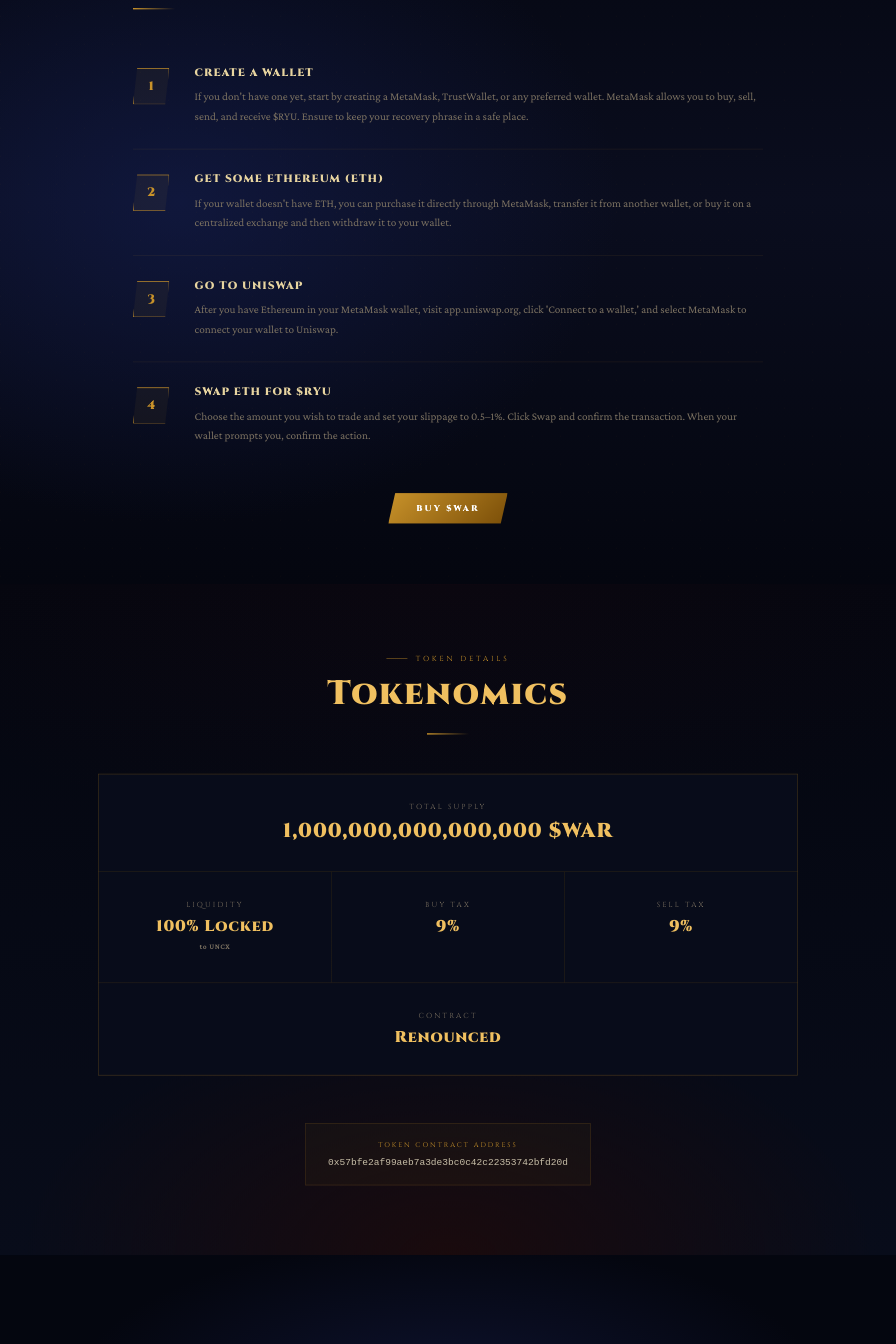
Repository: joshuaonazi/waterrabbit
Page: index.html
An editor plug-in stored every save of this project. The page is shown before and after the next save, followed by the edit.
The browser window is 1280 px wide. The pictures show the part of the page from y = 1808 to 3728 px (the page is 4092 px tall), at 70% of full size.

Above is the page before, as saved 2026-04-23 18:51:35.

After the next save:
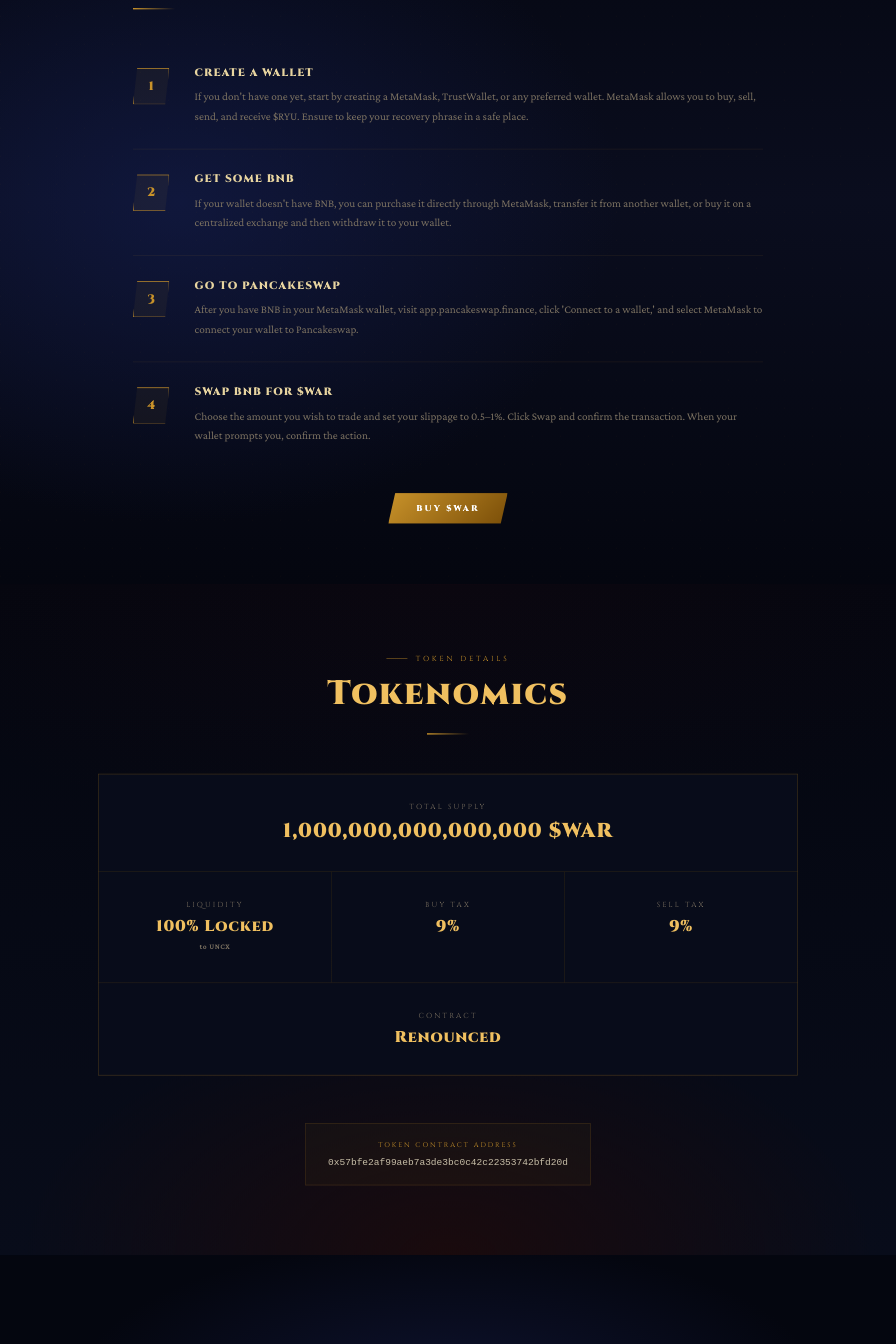
Saved 16 h 26 min later.
--- a/index.html
+++ b/index.html
@@ -131,21 +131,21 @@
                 <div class="step fade-up">
                     <div class="step-num">2</div>
                     <div class="step-body">
-                        <h3>Get Some Ethereum (ETH)</h3>
-                        <p>If your wallet doesn't have ETH, you can purchase it directly through MetaMask, transfer it from another wallet, or buy it on a centralized exchange and then withdraw it to your wallet.</p>
+                        <h3>Get Some BNB</h3>
+                        <p>If your wallet doesn't have BNB, you can purchase it directly through MetaMask, transfer it from another wallet, or buy it on a centralized exchange and then withdraw it to your wallet.</p>
                     </div>
                 </div>
                 <div class="step fade-up">
                     <div class="step-num">3</div>
                     <div class="step-body">
-                        <h3>Go to Uniswap</h3>
-                        <p>After you have Ethereum in your MetaMask wallet, visit app.uniswap.org, click 'Connect to a wallet,' and select MetaMask to connect your wallet to Uniswap.</p>
+                        <h3>Go to Pancakeswap</h3>
+                        <p>After you have BNB in your MetaMask wallet, visit app.pancakeswap.finance, click 'Connect to a wallet,' and select MetaMask to connect your wallet to Pancakeswap.</p>
                     </div>
                 </div>
                 <div class="step fade-up">
                     <div class="step-num">4</div>
                     <div class="step-body">
-                        <h3>Swap ETH for $RYU</h3>
+                        <h3>Swap BNB for $WAR</h3>
                         <p>Choose the amount you wish to trade and set your slippage to 0.5–1%. Click Swap and confirm the transaction. When your wallet prompts you, confirm the action.</p>
                     </div>
                 </div>
@@ -221,7 +221,7 @@
             <li><a href="#about">About</a></li>
             <li><a href="#buy">How to Buy</a></li>
             <li><a href="#tokenomics">Tokenomics</a></li>
-            <li><a href="#">Omikami Ecosystem</a></li>
+            <li><a href="#footer-cta">Utilities</a></li>
             <li><a href="#">Terms of Use</a></li>
             <li><a href="#">Contact</a></li>
         </ul>
